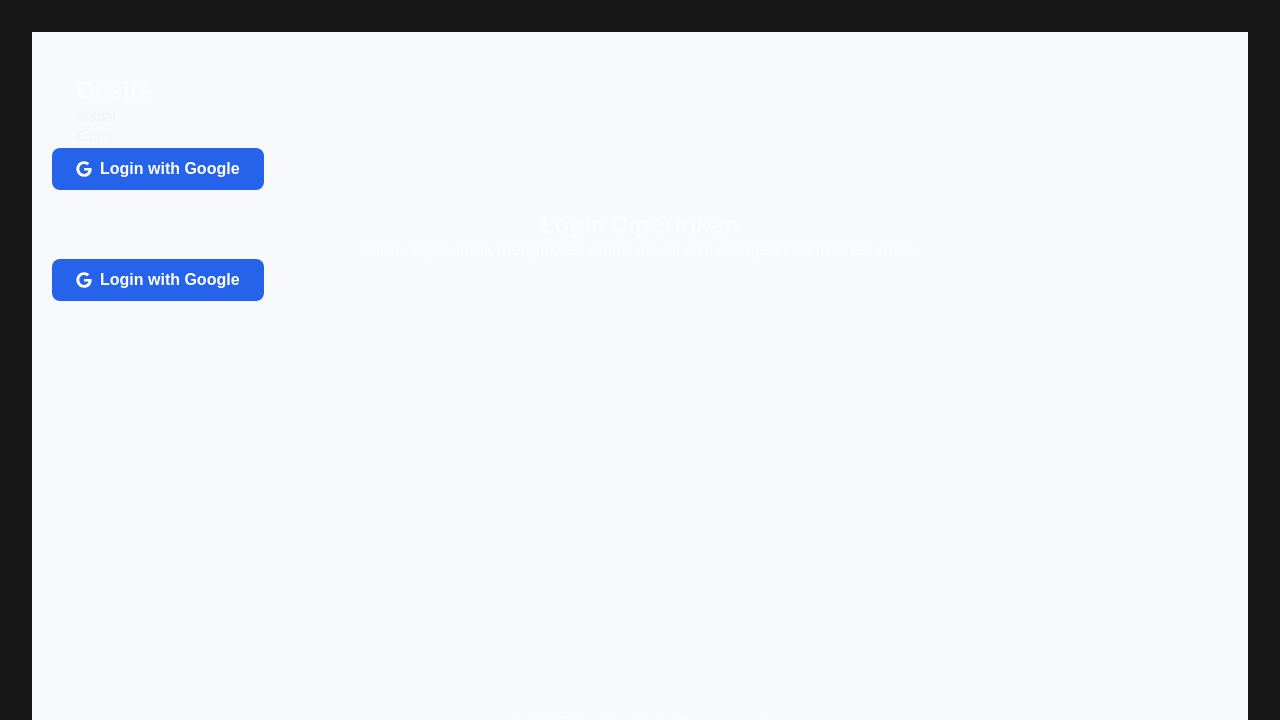
Repository: arifsoul/onsite
Page: /editor (app in onsite/)
The author's editor kept a copy of each file at every save. The page is drawn from the files as they stood at one save, then again after the next save.
The browser window is 1280 px wide. The pictures show the whole page.
An inner scrolling area shows only its first screen. The project was rebuilt for these pictures with package versions that can differ from the ones it lists, and the page was loaded fresh each time. Also part of the build but not shown: onsite/vite.config.js, onsite/src/components/Editor/CSSPanel.jsx, onsite/src/components/Editor/JSPanel.jsx, onsite/src/components/Editor/ComponentEditor.jsx, onsite/src/components/Preview/LivePreview.jsx, onsite/src/components/FeatureCard/FeatureCard.jsx, onsite/src/services/openrouterApi.js, onsite/src/components/Generator/AIGenerator.jsx and 8 more.

Above is the page before, as saved 2025-04-16 11:42:50.

After the next save:
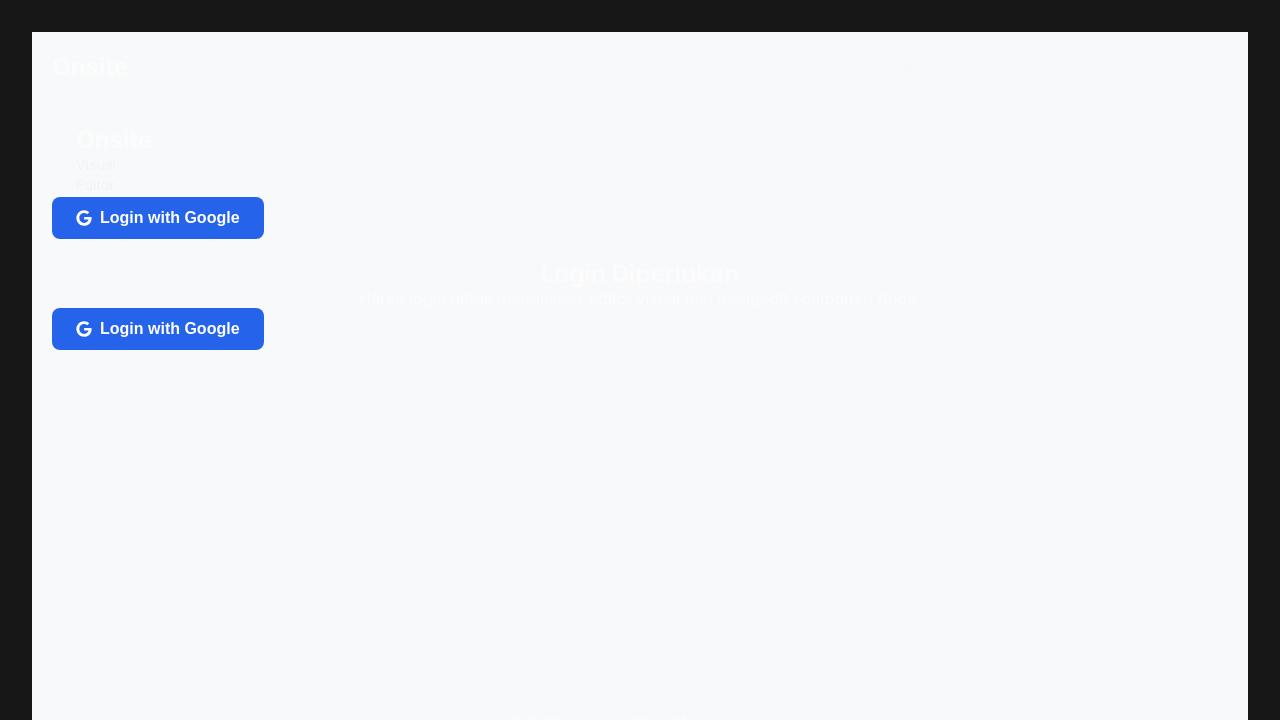
Saved 15 min 8 s later.
--- a/onsite/src/pages/Editor.jsx
+++ b/onsite/src/pages/Editor.jsx
@@ -1,3 +1,4 @@
+import NavMenu from '../components/Navigation/NavMenu';
 import ComponentEditor from '../components/Editor/ComponentEditor';
 import LivePreview from '../components/Preview/LivePreview';
 import GoogleLogin from '../components/Auth/GoogleLogin';
@@ -9,6 +10,7 @@
 
   return (
     <div className="editor-container">
+      <NavMenu />
       <header className="editor-header">
         <div className="logo">
           <h1>Onsite</h1>
